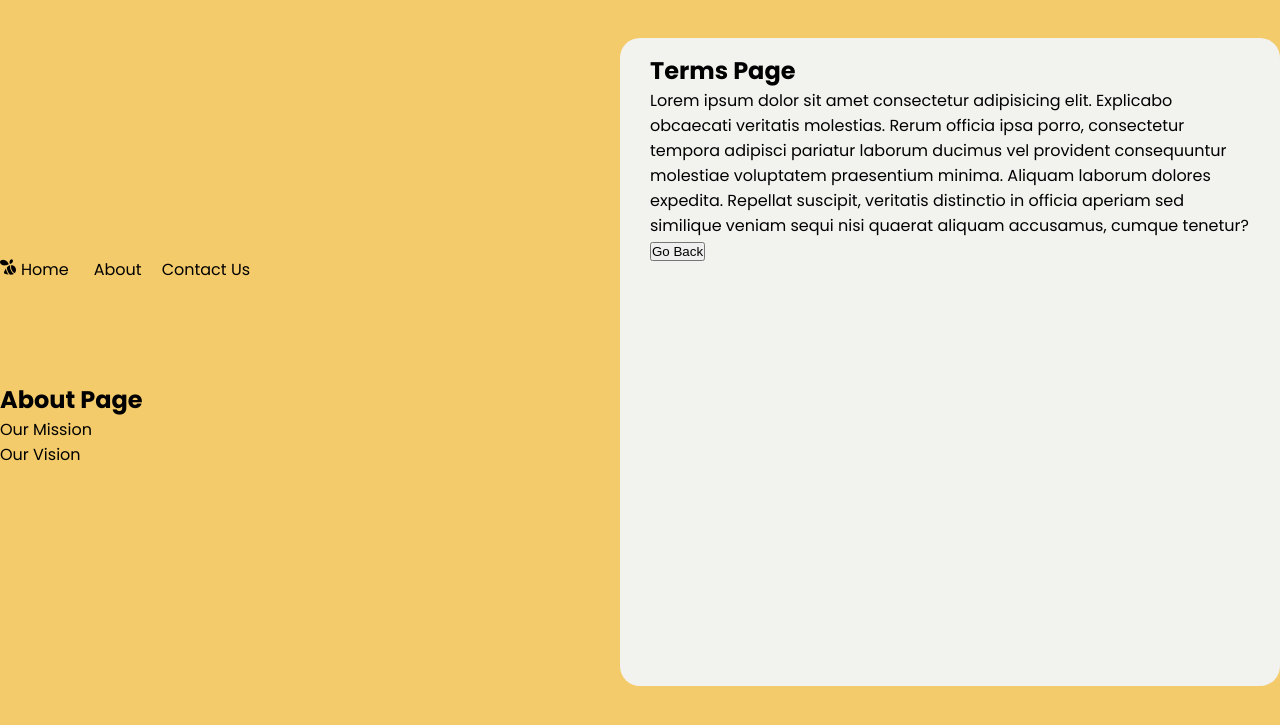
Repository: ble-syn/Random-user-generator-app
Page: /about/terms
The author's editor kept a copy of each file at every save. The page is drawn from the files as they stood at one save, then again after the next save.
The browser window is 1280 px wide. The pictures show the whole page.
The project was rebuilt for these pictures with package versions that can differ from the ones it lists, and the page was loaded fresh each time. Also part of the build but not shown: src/components/pagination.jsx, src/components/ErrorFallback.jsx, src/components/User.jsx, src/pages/Home.jsx, src/pages/Policy.jsx, src/pages/Contact.jsx, src/pages/NotFound.jsx.

Above is the page before, as saved 2022-10-28 18:51:43.

After the next save:
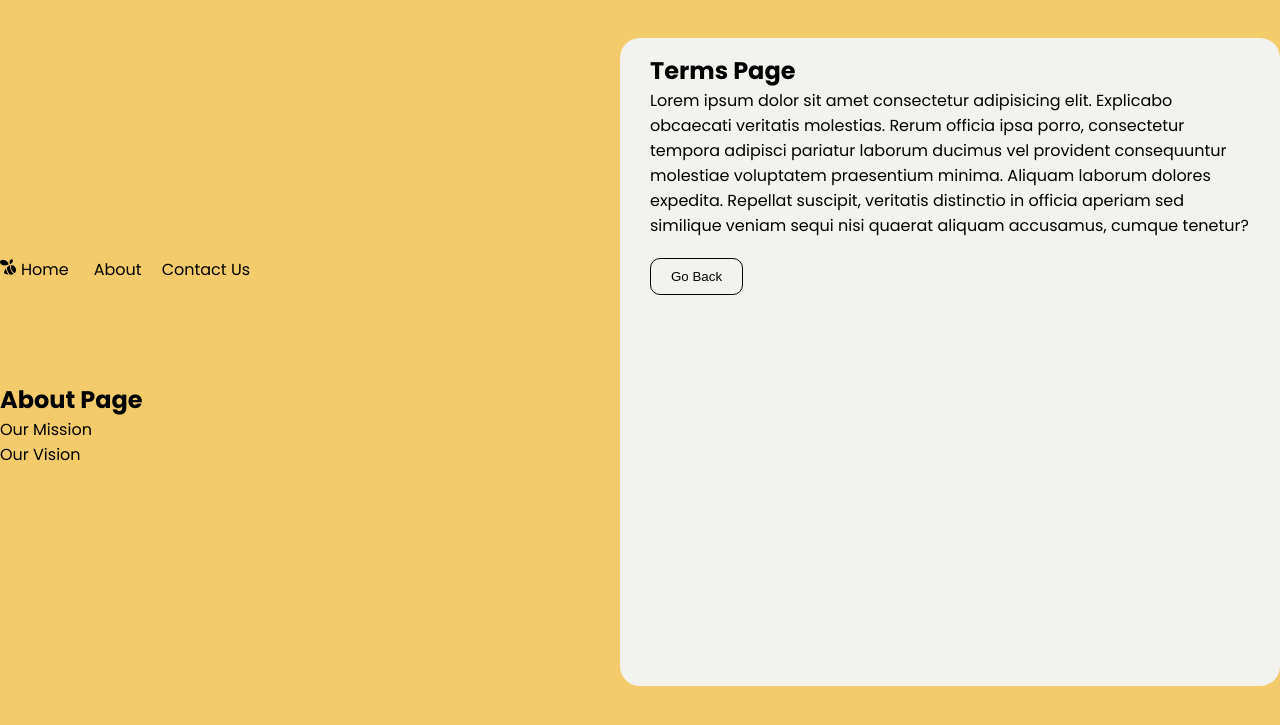
Saved 31 s later.
--- a/src/index.css
+++ b/src/index.css
@@ -173,7 +173,7 @@ background-color: #8DCC50;
 .notfound img{
   height: 200px;
 }
-.notfound button {
+button {
   margin-top: 20px;
   padding:10px 20px;
   background: none;
